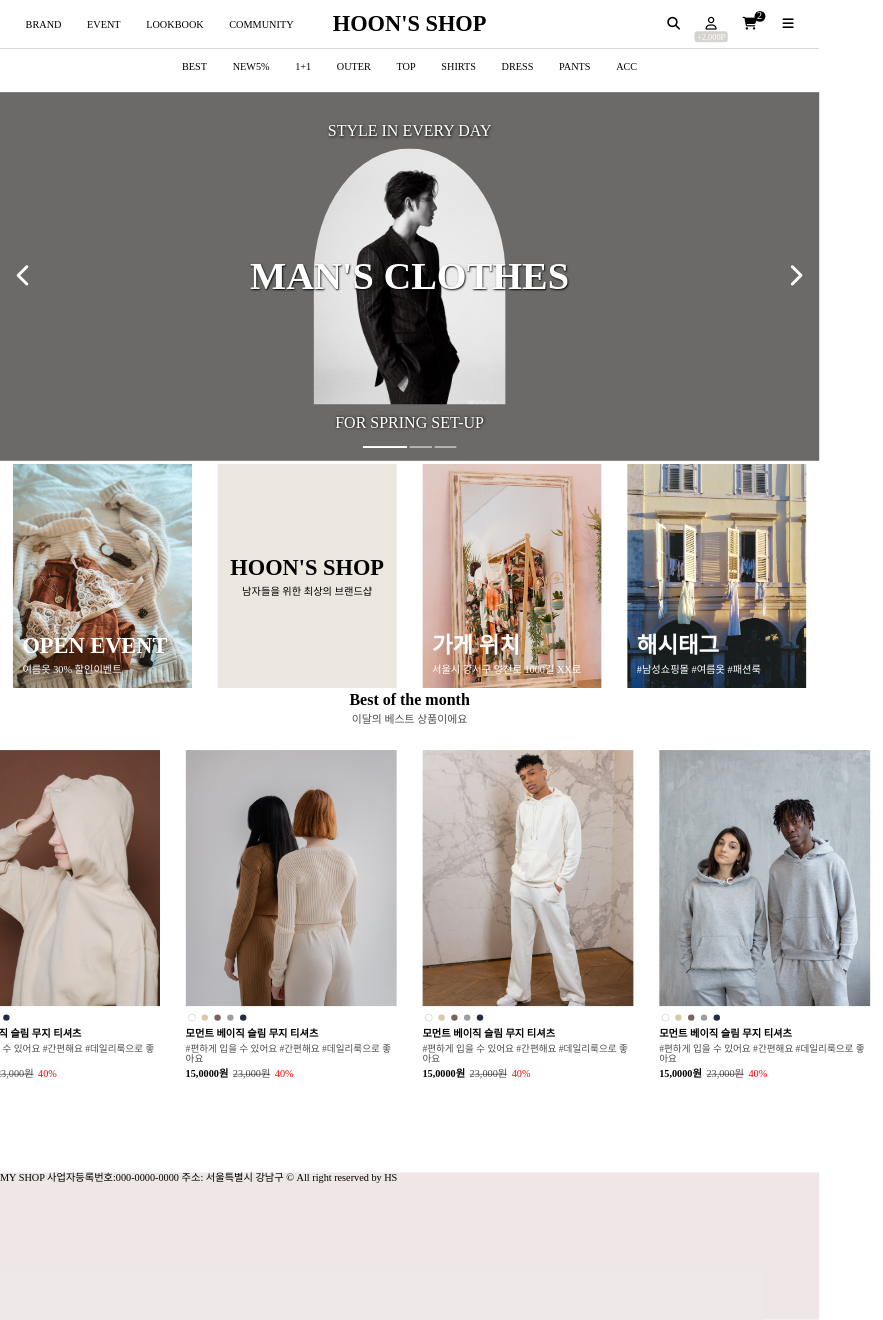
Repository: Iimchaehoon/cafeProject
Page: src/index.html
The author's editor kept a copy of each file at every save. The page is drawn from the files as they stood at one save, then again after the next save.
The browser window is 1280 px wide. The page is 1380 px wide, so the pictures cover 1380 px, including what lies to the right of the window. The pictures show the whole page, at 64% of full size.
Some web fonts or font styles are not loaded; a fallback is used. Some web libraries are served in a nearby version.

Above is the page before, as saved 2024-07-24 23:23:09.

### src/index.html
<!DOCTYPE html>
<html lang="en">
  <head>
    <meta charset="UTF-8" />
    <meta name="viewport" content="width=device-width, initial-scale=1.0" />
    <link rel="shortcut icon" href="/assets/cafefav.png" type="image/x-icon" />

    <link rel="stylesheet" href="/src/css/pages/main.css" />
    <title>cafe24_clone</title>
    <script
      src="https://kit.fontawesome.com/1e606f2a97.js"
      crossorigin="anonymous"
    ></script>
  </head>
  <body>
    <!--header-->
    <header class="header">
      <div class="header__top">
        <nav class="header__nav-box">
          <ul class="header__list-box">
            <li class="header__content">BRAND</li>
            <li class="header__content">EVENT</li>
            <li class="header__content">LOOKBOOK</li>
            <li class="header__content">COMMUNITY</li>
          </ul>
        </nav>
        <h1 class="header__title">HOON'S SHOP</h1>
        <ul class="header__menu">
          <li class="header__content">
            <i class="fa-solid fa-magnifying-glass fa-lg"></i>
          </li>
          <li class="header__content header__content--badge-price">
            <div class="header__price-badge"><span>+2,000P</span></div>
            <i class="fa-regular fa-user fa-lg"></i>
          </li>
          <li class="header__content header__content--badge-box">
            <div class="header__cart-badge"><span>2</span></div>
            <i class="fa-solid fa-cart-shopping fa-lg"></i>
          </li>
          <li class="header__content">
            <i class="fa-solid fa-bars fa-lg"></i>
          </li>
        </ul>
      </div>

      <div class="header__bottom">
        <ul class="header__category">
          <li class="header__content">BEST</li>
          <li class="header__content">NEW5%</li>
          <li class="header__content">1+1</li>
          <li class="header__content">OUTER</li>
          <li class="header__content">TOP</li>
          <li class="header__content">SHIRTS</li>
          <li class="header__content">DRESS</li>
          <li class="header__content">PANTS</li>
          <li class="header__content">ACC</li>
        </ul>
      </div>
    </header>
    <!-- main  -->
    <main class="main">
      <section class="main__slider">
        <h2 class="main__slider-title">MAN'S CLOTHES</h2>
        <span class="main__slider-btn"
          ><i class="fa-solid fa-chevron-left fa-xl"></i
        ></span>

        <div class="main__slider-container">
          <span class="main__slider-text">STYLE IN EVERY DAY</span>
          <div class="main__slider-image-container">
            <img
              class="main__slider-image"
              src="/assets/main-slider.jpg"
              alt="main-slider_img"
            />
          </div>
          <span class="main__slider-text">FOR SPRING SET-UP</span>
        </div>

        <span class="main__slider-btn"
          ><i class="fa-solid fa-chevron-right fa-xl"></i
        ></span>
        <div class="main__progress-bar">
          <div
            class="main__progress-bar-item main__progress-bar-item--visible"
          ></div>
          <div
            class="main__progress-bar-item main__progress-bar-item--invisible"
          ></div>
          <div
            class="main__progress-bar-item main__progress-bar-item--invisible"
          ></div>
        </div>
      </section>
    </main>
    <!-- section -->
    <section class="main__introduction">
      <div class="main__intro-container-img">
        <img class="main__intro-image" src="/assets/intro-01.jpg" alt="" />
        <div class="main__intro-text-container">
          <h2 class="main__intro-title">OPEN EVENT</h2>
          <span class="main__intro-description">여름옷 30% 할인이벤트</span>
        </div>
      </div>
      <div class="main__intro-container">
        <h2 class="main__intro-title main__intro-title-black">HOON'S SHOP</h2>
        <span class="main__intro-description main__intro-description-black"
          >남자들을 위한 최상의 브랜드샵</span
        >
      </div>
      <div class="main__intro-container-img">
        <img class="main__intro-image" src="/assets/intro-02.jpg" alt="" />

        <div class="main__intro-text-container">
          <h2 class="main__intro-title">가게 위치</h2>
          <span class="main__intro-description"
            >서울시 강서구 양천로 1000길 XX로</span
          >
        </div>
      </div>
      <div class="main__intro-container-img">
        <img class="main__intro-image" src="/assets/intro-03.jpg" alt="" />

        <div class="main__intro-text-container">
          <h2 class="main__intro-title">해시태그</h2>
          <span class="main__intro-description"
            >#남성쇼핑몰 #여름옷 #패션룩</span
          >
        </div>
      </div>
    </section>
    <!-- section2 -->
    <section class="main__product-list">
      <h3 class="main__product-list-title">Best of the month</h3>
      <span class="main__product-list-sub-title">이달의 베스트 상품이에요</span>
      <div class="main__product-list-sub-container">
        <article class="main__product-list-article">
          <div class="main__article-img-container">
            <img class="main__article-img" src="/assets/best-01.jpg" />
          </div>
          <div class="main__article-container">
            <div
              class="main__article-color-item main__article-color-item--01"
            ></div>
            <div
              class="main__article-color-item main__article-color-item--02"
            ></div>
            <div
              class="main__article-color-item main__article-color-item--03"
            ></div>
            <div
              class="main__article-color-item main__article-color-item--04"
            ></div>
            <div
              class="main__article-color-item main__article-color-item--05"
            ></div>
          </div>
          <div class="main__article-container">
            <h4 class="main__article-product-name">
              모먼트 베이직 슬림 무지 티셔츠
            </h4>
          </div>
          <div class="main__article-container">
            <span class="main__article-product-description">
              #편하게 입을 수 있어요 #간편해요 #데일리룩으로 좋아요
            </span>
          </div>
          <div class="main__article-container">
            <span class="main__article-total-price">15,0000원</span>
            <small class="main__article-previous-price">23,000원</small>
            <span class="main__article-discount-rate">40%</span>
          </div>
        </article>
        <article class="main__product-list-article">
          <div class="main__article-img-container">
            <img class="main__article-img" src="/assets/best-02.jpg" />
          </div>
          <div class="main__article-container">
            <div
              class="main__article-color-item main__article-color-item--01"
            ></div>
            <div
              class="main__article-color-item main__article-color-item--02"
            ></div>
            <div
              class="main__article-color-item main__article-color-item--03"
            ></div>
            <div
              class="main__article-color-item main__article-color-item--04"
            ></div>
            <div
              class="main__article-color-item main__article-color-item--05"
            ></div>
          </div>
          <div class="main__article-container">
            <h4 class="main__article-product-name">
              모먼트 베이직 슬림 무지 티셔츠
            </h4>
          </div>
          <div class="main__article-container">
            <span class="main__article-product-description">
              #편하게 입을 수 있어요 #간편해요 #데일리룩으로 좋아요
            </span>
          </div>
          <div class="main__article-container">
            <span class="main__article-total-price">15,0000원</span>
            <small class="main__article-previous-price">23,000원</small>
            <span class="main__article-discount-rate">40%</span>
          </div>
        </article>
        <article class="main__product-list-article">
          <div class="main__article-img-container">
            <img class="main__article-img" src="/assets/best-04.jpg" />
          </div>
          <div class="main__article-container">
            <div
              class="main__article-color-item main__article-color-item--01"
            ></div>
            <div
              class="main__article-color-item main__article-color-item--02"
            ></div>
            <div
              class="main__article-color-item main__article-color-item--03"
            ></div>
            <div
              class="main__article-color-item main__article-color-item--04"
            ></div>
            <div
              class="main__article-color-item main__article-color-item--05"
            ></div>
          </div>
          <div class="main__article-container">
            <h4 class="main__article-product-name">
              모먼트 베이직 슬림 무지 티셔츠
            </h4>
          </div>
          <div class="main__article-container">
            <span class="main__article-product-description">
              #편하게 입을 수 있어요 #간편해요 #데일리룩으로 좋아요
            </span>
          </div>
          <div class="main__article-container">
            <span class="main__article-total-price">15,0000원</span>
            <small class="main__article-previous-price">23,000원</small>
            <span class="main__article-discount-rate">40%</span>
          </div>
        </article>
        <article class="main__product-list-article">
          <div class="main__article-img-container">
            <img class="main__article-img" src="/assets/best-05.jpg" />
          </div>
          <div class="main__article-container">
            <div
              class="main__article-color-item main__article-color-item--01"
            ></div>
            <div
              class="main__article-color-item main__article-color-item--02"
            ></div>
            <div
              class="main__article-color-item main__article-color-item--03"
            ></div>
            <div
              class="main__article-color-item main__article-color-item--04"
            ></div>
            <div
              class="main__article-color-item main__article-color-item--05"
            ></div>
          </div>
          <div class="main__article-container">
            <h4 class="main__article-product-name">
              모먼트 베이직 슬림 무지 티셔츠
            </h4>
          </div>
          <div class="main__article-container">
            <span class="main__article-product-description">
              #편하게 입을 수 있어요 #간편해요 #데일리룩으로 좋아요
            </span>
          </div>
          <div class="main__article-container">
            <span class="main__article-total-price">15,0000원</span>
            <small class="main__article-previous-price">23,000원</small>
            <span class="main__article-discount-rate">40%</span>
          </div>
        </article>
      </div>
    </section>
    <footer class="footer">
      <div class="footer_sub-box">
        <span>MY SHOP</span>
        <small>사업자등록번호:000-0000-0000</small>
        <small>주소: 서울특별시 강남구</small>
        <small>&copy; All right reserved by HS</small>
      </div>
      <div class="footer_sub-box"></div>
    </footer>
  </body>
</html>

### src/css/pages/main.css
@import "../reset.css";
@import "../common.css";
@import "../components/header.css";
@import "../slider.css";
@import "../intro.css";
@import "../components/product-list.css";
@import "../components/footer.css";

### src/css/common.css
@import url("https://fonts.googleapis.com/css2?family=Nanum+Gothic&family=Nanum+Myeongjo&display=swap");
body {
  font-family: "Nanum Myeongjo", serif;
  margin: 0;
  padding: 0;
  box-sizing: border-box;
  padding-bottom: 300px;
  position: relative;
}
ul {
  margin: 0;
}

### src/css/components/header.css
.header {
  height: 20vh;
}
.header__top {
  display: flex;
  justify-content: space-between;
  padding: 20px;
  border-bottom: 1px solid rgba(0, 0, 0, 0.2);
}
.header__nav-box {
  width: 33%;
}
.header__title {
  width: 33%;
  font-size: 35px;
  font-weight: 550;
  text-align: center;
}

.header__list-box {
  display: flex;

  height: 100%;
  align-items: center;
}
.header__menu {
  display: flex;
  align-items: center;
  justify-content: flex-end;

  width: 33%;
}
.header__content {
  margin: 0 20px;
}
/* 아래헤더 */
.header__category {
  display: flex;
  justify-content: center;
  padding: 20px 0;
}
.header__cart-badge {
  background-color: black;
  display: flex;
  justify-content: center;
  align-items: center;
  border-radius: 100%;
  width: 13px;
  height: 13px;
  padding: 2px;
  position: absolute;
  top: -13px;
  right: -13px;
}
.header__content--badge-box {
  position: relative;
}
.header__cart-badge span {
  color: white;
}
.header__content--badge-price {
  position: relative;
}
.header__price-badge {
  background-color: #d5d3cd;
  color: white;
  display: flex;
  justify-content: center;
  align-items: center;
  font-size: 13px;
  border-radius: 5px;
  padding: 2px 4px;
  position: absolute;
  left: 50%;
  transform: translateX(-50%);
  bottom: -20px;
}

### src/css/slider.css
.main__slider {
  display: flex;
  justify-content: space-between;
  align-items: center;
  padding: 30px;
  background-color: #6b6a68;
  position: relative;
  height: 80vh;
  box-sizing: border-box;
}

.main__slider-btn {
  transform: scale(1.5);
  color: white;
}

.main__slider-text {
  color: white;
  font-size: 25px;
  text-shadow: 1px 1px 5px black;
}

.main__slider-container {
  display: flex;
  flex-direction: column;
  align-items: center;
}
.main__slider-image-container {
  width: 300px;
  height: 400px;

  border-top-left-radius: 50%;
  border-top-right-radius: 50%;

  overflow: hidden;
  margin: 15px 0;
}
.main__slider-image {
  width: 100%;
  height: 100%;
  object-fit: cover;
}
.main__slider-title {
  color: white;
  font-weight: 600;
  font-size: 60px;
  text-shadow: 1px 1px 3px black;
  position: absolute;
  top: 50%;
  left: 50%;
  transform: translate(-50%, -50%);
}
.main__progress-bar {
  width: 150px;
  height: 3px;

  position: absolute;
  bottom: 20px;
  left: 50%;
  transform: translateX(-50%);
  display: flex;
}
.main__progress-bar-item {
  height: 100%;
  background-color: white;
  margin: 0 2px;
}
.main__progress-bar-item--visible {
  width: 50%;
}
.main__progress-bar-item--invisible {
  width: 25%;
  opacity: 0.5;
}

### src/css/intro.css
.main__introduction {
  display: flex;
  justify-content: center;
  align-items: center;
  height: 50vh;
}
.main__intro-container-img,
.main__intro-container {
  width: 350px;
  height: 350px;
  overflow: hidden;
  margin: 0 20px;
}
.main__intro-container {
  display: flex;
  flex-direction: column;
  justify-content: center;
  align-items: center;
  background-color: #ebe7df;
}
.main__intro-image {
  width: 100%;
  height: 100%;
  object-fit: cover;
}

.main__intro-container-img {
  position: relative;
}
.main__intro-text-container {
  position: absolute;
  bottom: 20px;
  left: 15px;
}
.main__intro-title {
  color: white;
  font-size: 35px;
  font-weight: 600;
  margin-bottom: 12px;
}
.main__intro-description {
  color: white;
}
.main__intro-title-black {
  color: black;
}
.main__intro-description-black {
  color: black;
}

### src/css/components/product-list.css
.main__product-list {
  display: flex;
  flex-direction: column;
  align-items: center;
}
.main__product-list-title {
  font-size: 25px;
  font-weight: 600;
  margin-bottom: 10px;
}
.main__product-list-sub-title {
  font-size: 17px;
  color: rgba(0, 0, 0, 0.7);
}
.main__product-list-sub-container {
  display: flex;
  margin: 40px 0;
}
.main__product-list-article {
  width: 330px;
  height: 550px;
  overflow: hidden;
  margin: 0 20px;
}
.main__article-img-container {
  width: 100%;
  height: 400px;
}
.main__article-img {
  width: 100%;
  height: 100%;
  object-fit: cover;
}
.main__article-container {
  display: flex;
  margin: 8px 0;
}
.main__article-color-item {
  width: 10px;
  height: 10px;
  border-radius: 100%;

  margin: 5px;
}
.main__article-color-item--01 {
  outline: 1px solid rgba(0, 0, 0, 0.2);
}
.main__article-color-item--02 {
  background-color: #d8c9ab;
}
.main__article-color-item--03 {
  background-color: #79655a;
}
.main__article-color-item--04 {
  background-color: #9d9f9e;
}
.main__article-color-item--05 {
  background-color: #262a49;
}
.main__article-product-name {
  font-weight: 600;
}
.main__article-product-description {
  font-size: 15px;
  color: rgba(0, 0, 0, 0.7);
}
.main__article-total-price {
  font-weight: 600;
  margin-right: 7px;
}
.main__article-previous-price {
  color: rgba(0, 0, 0, 0.7);
  text-decoration: line-through;
  margin-right: 7px;
}
.main__article-discount-rate {
  color: red;
}

### src/css/components/footer.css
.footer {
  position: absolute;
  bottom: 0;
  height: 230px;
  width: 100%;
  background-color: #ece3e3d6;
}

Loaded but not shown: src/css/reset.css (common file)

After the next save:
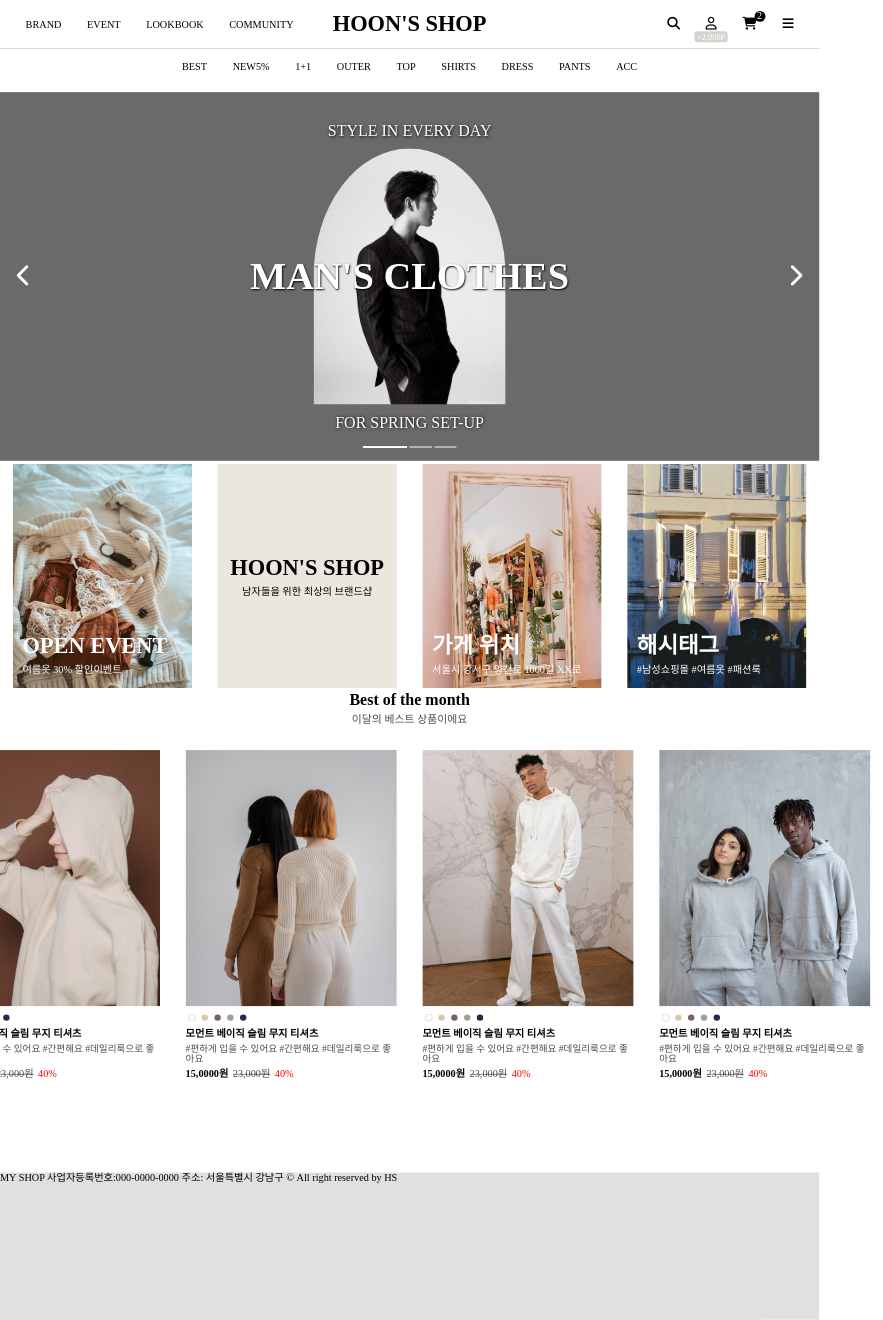
Saved 7 s later.
--- a/src/css/components/footer.css
+++ b/src/css/components/footer.css
@@ -3,5 +3,5 @@
   bottom: 0;
   height: 230px;
   width: 100%;
-  background-color: #ece3e3d6;
+  background-color: #dbdbdbd6;
 }
